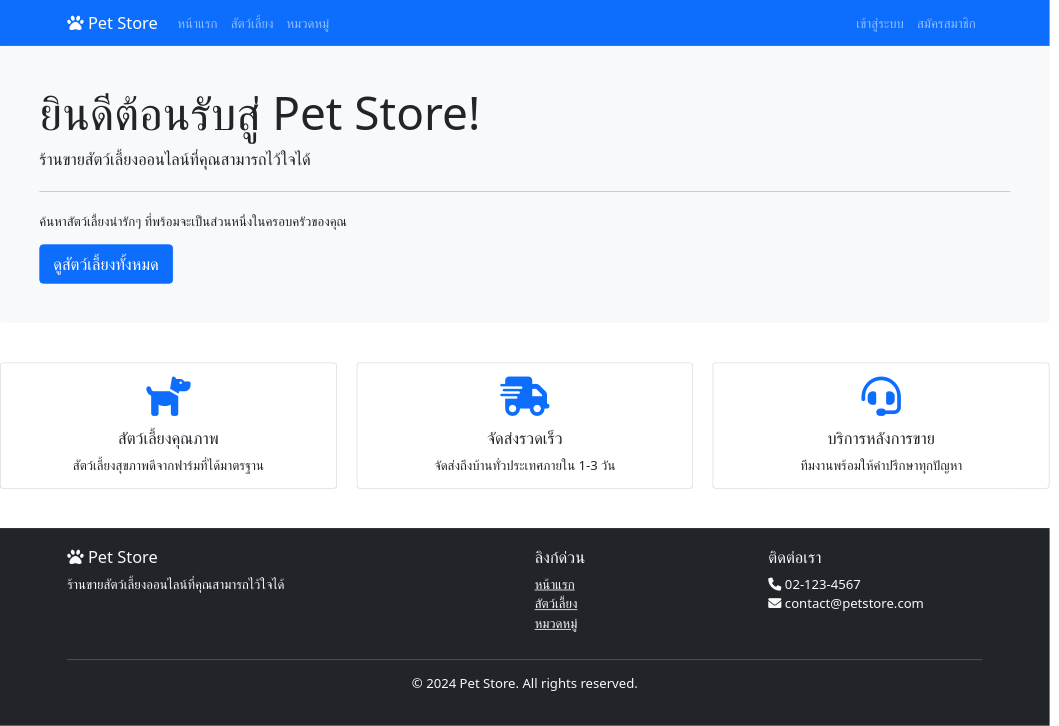
Repository: Napasakornch/SOA_PRO
Page: templates/home.html
These files come from the project's save history. The page is drawn as it stood at one moment and after the next save; the edit follows.
The browser window is 1280 px wide. The page is 1292 px wide, then 1280 px, so the pictures cover 1292 px, including what lies to the right of the window. The pictures show the whole page, at 82% of full size.
The template is drawn by Django 4.2. The application's start-up code is not run. Other server files are loaded and not shown. The template is opened directly, without the code that normally fills it, so the values that code supplies are empty.

Above is the page before, as saved 2025-11-06 22:01:04.

### petstore_project/templates/home.html
{% extends 'base.html' %}

{% block title %}หน้าแรก - Pet Store{% endblock %}

{% block content %}
<div class="jumbotron bg-light p-5 rounded">
    <h1 class="display-4">ยินดีต้อนรับสู่ Pet Store!</h1>
    <p class="lead">ร้านขายสัตว์เลี้ยงออนไลน์ที่คุณสามารถไว้ใจได้</p>
    <hr class="my-4">
    <p>ค้นหาสัตว์เลี้ยงน่ารักๆ ที่พร้อมจะเป็นส่วนหนึ่งในครอบครัวของคุณ</p>
    <a class="btn btn-primary btn-lg" href="{% url 'pet_list' %}" role="button">
        ดูสัตว์เลี้ยงทั้งหมด
    </a>
</div>

<div class="row mt-5">
    <div class="col-md-4">
        <div class="card">
            <div class="card-body text-center">
                <i class="fas fa-dog fa-3x text-primary mb-3"></i>
                <h5 class="card-title">สัตว์เลี้ยงคุณภาพ</h5>
                <p class="card-text">สัตว์เลี้ยงสุขภาพดีจากฟาร์มที่ได้มาตรฐาน</p>
            </div>
        </div>
    </div>
    <div class="col-md-4">
        <div class="card">
            <div class="card-body text-center">
                <i class="fas fa-shipping-fast fa-3x text-primary mb-3"></i>
                <h5 class="card-title">จัดส่งรวดเร็ว</h5>
                <p class="card-text">จัดส่งถึงบ้านทั่วประเทศภายใน 1-3 วัน</p>
            </div>
        </div>
    </div>
    <div class="col-md-4">
        <div class="card">
            <div class="card-body text-center">
                <i class="fas fa-headset fa-3x text-primary mb-3"></i>
                <h5 class="card-title">บริการหลังการขาย</h5>
                <p class="card-text">ทีมงานพร้อมให้คำปรึกษาทุกปัญหา</p>
            </div>
        </div>
    </div>
</div>
{% endblock %}

### petstore_project/templates/base.html
<!DOCTYPE html>
<html lang="th">
<head>
    <meta charset="UTF-8">
    <meta name="viewport" content="width=device-width, initial-scale=1.0">
    <title>{% block title %}Pet Store{% endblock %}</title>
    <link href="https://cdn.jsdelivr.net/npm/bootstrap@5.1.3/dist/css/bootstrap.min.css" rel="stylesheet">
    <link rel="stylesheet" href="https://cdnjs.cloudflare.com/ajax/libs/font-awesome/6.0.0/css/all.min.css">
    <style>
        .hero-section {
            background: linear-gradient(135deg, #007bff 0%, #0056b3 100%);
            color: white;
            padding: 4rem 0;
        }
        .card {
            transition: transform 0.2s;
        }
        .card:hover {
            transform: translateY(-5px);
        }
        footer {
            margin-top: 4rem;
        }
    </style>
</head>
<body>
    <!-- Navigation -->
    <nav class="navbar navbar-expand-lg navbar-dark bg-primary">
        <div class="container">
            <a class="navbar-brand" href="{% url 'home' %}">
                <i class="fas fa-paw"></i> Pet Store
            </a>
            <button class="navbar-toggler" type="button" data-bs-toggle="collapse" data-bs-target="#navbarNav">
                <span class="navbar-toggler-icon"></span>
            </button>
            <div class="collapse navbar-collapse" id="navbarNav">
                <ul class="navbar-nav me-auto">
                    <li class="nav-item">
                        <a class="nav-link" href="{% url 'home' %}">หน้าแรก</a>
                    </li>
                    <li class="nav-item">
                        <a class="nav-link" href="{% url 'pet_list' %}">สัตว์เลี้ยง</a>
                    </li>
                    <li class="nav-item">
                        <a class="nav-link" href="{% url 'categories' %}">หมวดหมู่</a>
                    </li>
                </ul>
                <ul class="navbar-nav">
                    {% if user.is_authenticated %}
                        <li class="nav-item dropdown">
                            <a class="nav-link dropdown-toggle" href="#" id="navbarDropdown" role="button" data-bs-toggle="dropdown">
                                <i class="fas fa-user"></i> {{ user.username }}
                            </a>
                            <ul class="dropdown-menu">
                                <li><a class="dropdown-item" href="{% url 'profile' %}">โปรไฟล์</a></li>
                                <li><a class="dropdown-item" href="{% url 'order_list' %}">คำสั่งซื้อ</a></li>
                                <li><a class="dropdown-item" href="{% url 'cart' %}">ตะกร้าสินค้า</a></li>
                                {% if user.is_staff %}
                                <li><hr class="dropdown-divider"></li>
                                <li><a class="dropdown-item" href="/admin/">Admin Panel</a></li>
                                {% endif %}
                                <li><hr class="dropdown-divider"></li>
                                <li>
                                    <form method="post" action="{% url 'logout' %}" class="d-inline">
                                        {% csrf_token %}
                                        <button type="submit" class="dropdown-item">ออกจากระบบ</button>
                                    </form>
                                </li>
                            </ul>
                        </li>
                    {% else %}
                        <li class="nav-item">
                            <a class="nav-link" href="{% url 'login' %}">เข้าสู่ระบบ</a>
                        </li>
                        <li class="nav-item">
                            <a class="nav-link" href="{% url 'register' %}">สมัครสมาชิก</a>
                        </li>
                    {% endif %}
                </ul>
            </div>
        </div>
    </nav>

    <!-- Messages -->
    {% if messages %}
    <div class="container mt-3">
        {% for message in messages %}
        <div class="alert alert-{{ message.tags }} alert-dismissible fade show">
            {{ message }}
            <button type="button" class="btn-close" data-bs-dismiss="alert"></button>
        </div>
        {% endfor %}
    </div>
    {% endif %}

    <!-- Main Content -->
    <main>
        {% block content %}
        {% endblock %}
    </main>

    <!-- Footer -->
    <footer class="bg-dark text-light py-4 mt-5">
        <div class="container">
            <div class="row">
                <div class="col-md-6">
                    <h5><i class="fas fa-paw"></i> Pet Store</h5>
                    <p>ร้านขายสัตว์เลี้ยงออนไลน์ที่คุณสามารถไว้ใจได้</p>
                </div>
                <div class="col-md-3">
                    <h5>ลิงก์ด่วน</h5>
                    <ul class="list-unstyled">
                        <li><a href="{% url 'home' %}" class="text-light">หน้าแรก</a></li>
                        <li><a href="{% url 'pet_list' %}" class="text-light">สัตว์เลี้ยง</a></li>
                        <li><a href="{% url 'categories' %}" class="text-light">หมวดหมู่</a></li>
                    </ul>
                </div>
                <div class="col-md-3">
                    <h5>ติดต่อเรา</h5>
                    <p>
                        <i class="fas fa-phone"></i> 02-123-4567<br>
                        <i class="fas fa-envelope"></i> contact@petstore.com
                    </p>
                </div>
            </div>
            <hr>
            <div class="text-center">
                <p>&copy; 2024 Pet Store. All rights reserved.</p>
            </div>
        </div>
    </footer>

    <script src="https://cdn.jsdelivr.net/npm/bootstrap@5.1.3/dist/js/bootstrap.bundle.min.js"></script>
    {% block scripts %}{% endblock %}
</body>
</html>

After the next save:
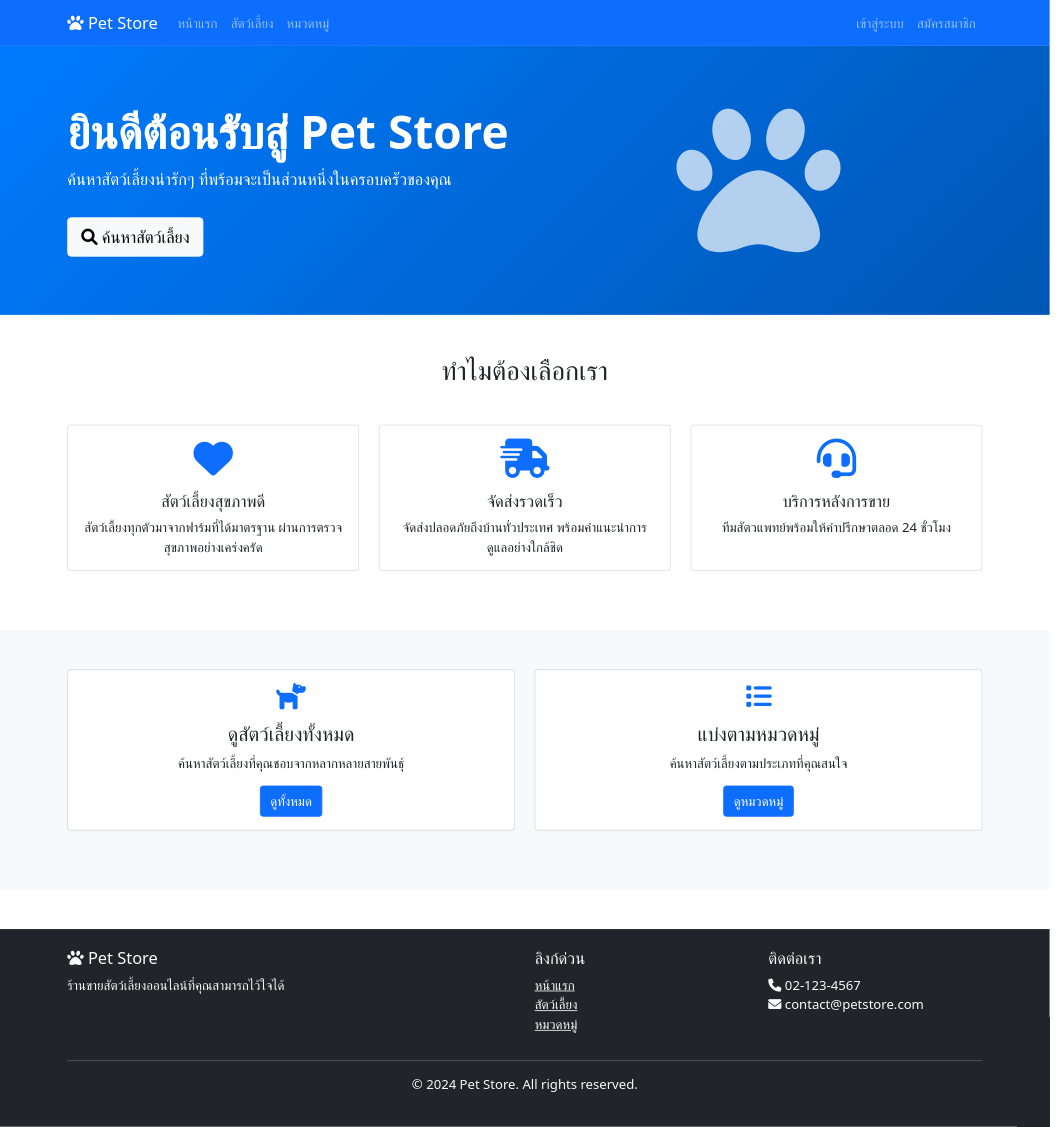
Saved 8 s later.
--- a/petstore_project/templates/home.html
+++ b/petstore_project/templates/home.html
@@ -3,43 +3,85 @@
 {% block title %}หน้าแรก - Pet Store{% endblock %}
 
 {% block content %}
-<div class="jumbotron bg-light p-5 rounded">
-    <h1 class="display-4">ยินดีต้อนรับสู่ Pet Store!</h1>
-    <p class="lead">ร้านขายสัตว์เลี้ยงออนไลน์ที่คุณสามารถไว้ใจได้</p>
-    <hr class="my-4">
-    <p>ค้นหาสัตว์เลี้ยงน่ารักๆ ที่พร้อมจะเป็นส่วนหนึ่งในครอบครัวของคุณ</p>
-    <a class="btn btn-primary btn-lg" href="{% url 'pet_list' %}" role="button">
-        ดูสัตว์เลี้ยงทั้งหมด
-    </a>
-</div>
-
-<div class="row mt-5">
-    <div class="col-md-4">
-        <div class="card">
-            <div class="card-body text-center">
-                <i class="fas fa-dog fa-3x text-primary mb-3"></i>
-                <h5 class="card-title">สัตว์เลี้ยงคุณภาพ</h5>
-                <p class="card-text">สัตว์เลี้ยงสุขภาพดีจากฟาร์มที่ได้มาตรฐาน</p>
+<!-- Hero Section -->
+<section class="hero-section">
+    <div class="container">
+        <div class="row align-items-center">
+            <div class="col-lg-6">
+                <h1 class="display-4 fw-bold">ยินดีต้อนรับสู่ Pet Store</h1>
+                <p class="lead">ค้นหาสัตว์เลี้ยงน่ารักๆ ที่พร้อมจะเป็นส่วนหนึ่งในครอบครัวของคุณ</p>
+                <a href="{% url 'pet_list' %}" class="btn btn-light btn-lg mt-3">
+                    <i class="fas fa-search"></i> ค้นหาสัตว์เลี้ยง
+                </a>
+            </div>
+            <div class="col-lg-6 text-center">
+                <i class="fas fa-paw" style="font-size: 200px; opacity: 0.7;"></i>
             </div>
         </div>
     </div>
-    <div class="col-md-4">
-        <div class="card">
-            <div class="card-body text-center">
-                <i class="fas fa-shipping-fast fa-3x text-primary mb-3"></i>
-                <h5 class="card-title">จัดส่งรวดเร็ว</h5>
-                <p class="card-text">จัดส่งถึงบ้านทั่วประเทศภายใน 1-3 วัน</p>
+</section>
+
+<!-- Features -->
+<section class="py-5">
+    <div class="container">
+        <h2 class="text-center mb-5">ทำไมต้องเลือกเรา</h2>
+        <div class="row">
+            <div class="col-md-4 mb-4">
+                <div class="card text-center h-100">
+                    <div class="card-body">
+                        <i class="fas fa-heart fa-3x text-primary mb-3"></i>
+                        <h5 class="card-title">สัตว์เลี้ยงสุขภาพดี</h5>
+                        <p class="card-text">สัตว์เลี้ยงทุกตัวมาจากฟาร์มที่ได้มาตรฐาน ผ่านการตรวจสุขภาพอย่างเคร่งครัด</p>
+                    </div>
+                </div>
+            </div>
+            <div class="col-md-4 mb-4">
+                <div class="card text-center h-100">
+                    <div class="card-body">
+                        <i class="fas fa-shipping-fast fa-3x text-primary mb-3"></i>
+                        <h5 class="card-title">จัดส่งรวดเร็ว</h5>
+                        <p class="card-text">จัดส่งปลอดภัยถึงบ้านทั่วประเทศ พร้อมคำแนะนำการดูแลอย่างใกล้ชิด</p>
+                    </div>
+                </div>
+            </div>
+            <div class="col-md-4 mb-4">
+                <div class="card text-center h-100">
+                    <div class="card-body">
+                        <i class="fas fa-headset fa-3x text-primary mb-3"></i>
+                        <h5 class="card-title">บริการหลังการขาย</h5>
+                        <p class="card-text">ทีมสัตวแพทย์พร้อมให้คำปรึกษาตลอด 24 ชั่วโมง</p>
+                    </div>
+                </div>
             </div>
         </div>
     </div>
-    <div class="col-md-4">
-        <div class="card">
-            <div class="card-body text-center">
-                <i class="fas fa-headset fa-3x text-primary mb-3"></i>
-                <h5 class="card-title">บริการหลังการขาย</h5>
-                <p class="card-text">ทีมงานพร้อมให้คำปรึกษาทุกปัญหา</p>
+</section>
+
+<!-- Quick Links -->
+<section class="bg-light py-5">
+    <div class="container">
+        <div class="row">
+            <div class="col-md-6 mb-4">
+                <div class="card">
+                    <div class="card-body text-center">
+                        <i class="fas fa-dog fa-2x text-primary mb-3"></i>
+                        <h4>ดูสัตว์เลี้ยงทั้งหมด</h4>
+                        <p>ค้นหาสัตว์เลี้ยงที่คุณชอบจากหลากหลายสายพันธุ์</p>
+                        <a href="{% url 'pet_list' %}" class="btn btn-primary">ดูทั้งหมด</a>
+                    </div>
+                </div>
+            </div>
+            <div class="col-md-6 mb-4">
+                <div class="card">
+                    <div class="card-body text-center">
+                        <i class="fas fa-list fa-2x text-primary mb-3"></i>
+                        <h4>แบ่งตามหมวดหมู่</h4>
+                        <p>ค้นหาสัตว์เลี้ยงตามประเภทที่คุณสนใจ</p>
+                        <a href="{% url 'categories' %}" class="btn btn-primary">ดูหมวดหมู่</a>
+                    </div>
+                </div>
             </div>
         </div>
     </div>
-</div>
+</section>
 {% endblock %}
